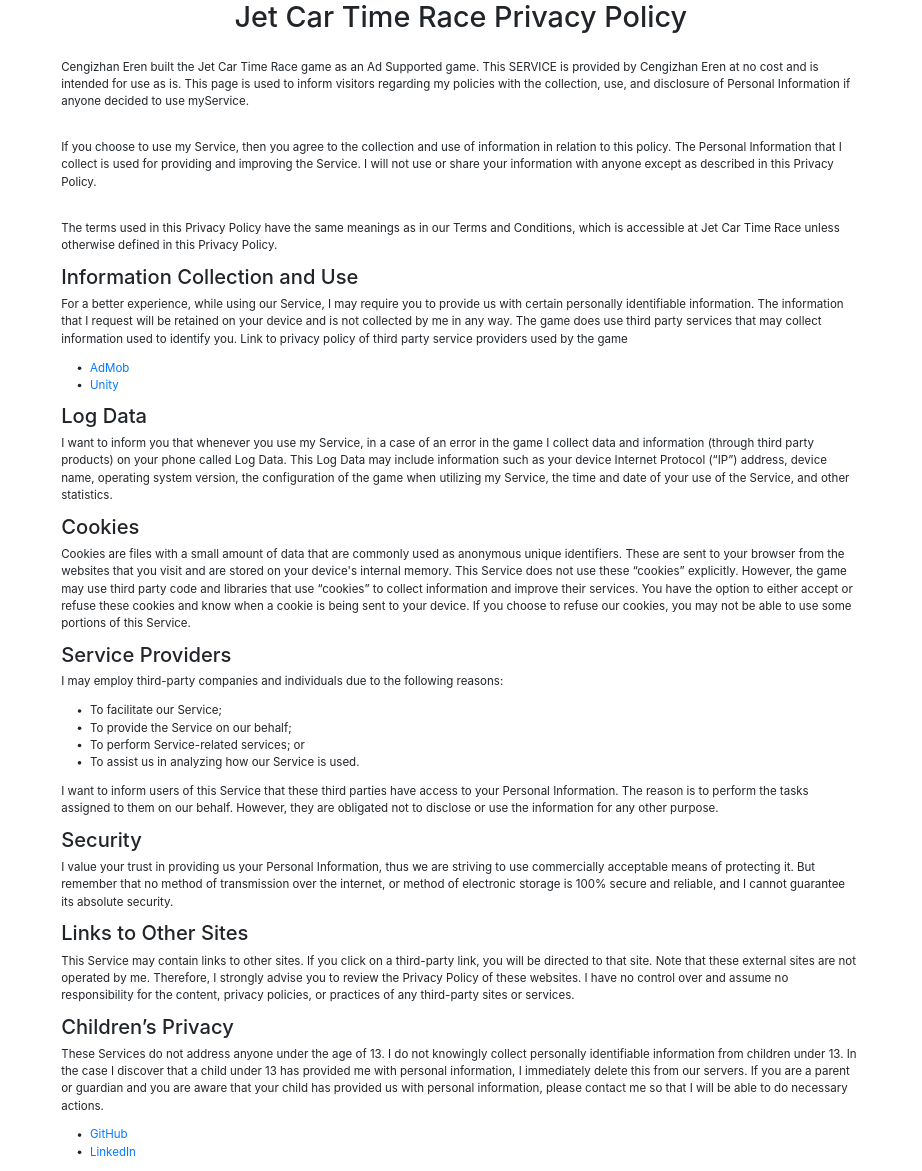
Repository: CengoCengo/cengocengo.github.io
Page: jetcartimeraceprivacypolicy.html
These files come from the project's save history. The page is drawn as it stood at one moment and after the next save; the edit follows.
The browser window is 1280 px wide. The pictures show the whole page, at 72% of full size.

Above is the page before, as saved 2022-10-11 14:55:42.

After the next save:
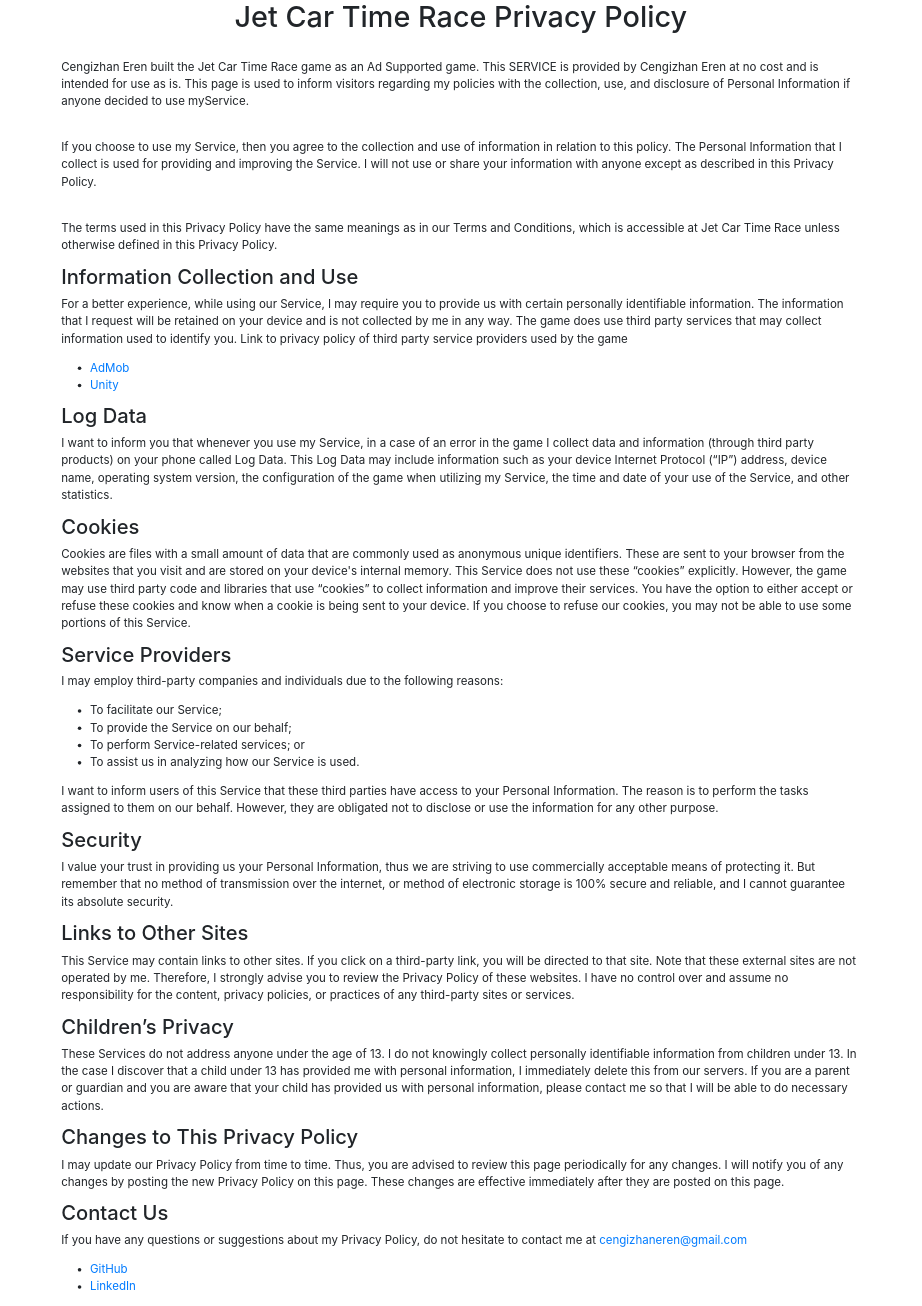
Saved 14 min 45 s later.
--- a/jetcartimeraceprivacypolicy.html
+++ b/jetcartimeraceprivacypolicy.html
@@ -102,6 +102,18 @@
 guardian and you are aware that your child has provided us with personal information, please contact me so that I will be able to do necessary actions.
                         </p>
 
+                        <h3>Changes to This Privacy Policy</h3>
+                        <p>
+                            I may update our Privacy Policy from time to time. Thus, you are advised to review this page periodically for any changes. I will notify you of any
+changes by posting the new Privacy Policy on this page. These changes are effective immediately after they are posted on this page.
+                        </p>
+
+                        <h3>
+                            Contact Us
+                        </h3>
+                        <p>
+                            If you have any questions or suggestions about my Privacy Policy, do not hesitate to contact me at  <a href="mailto:cengizhaneren@gmail.com"> cengizhaneren@gmail.com</a>
+                        </p>
 
 						<nav>
 							<ul>
